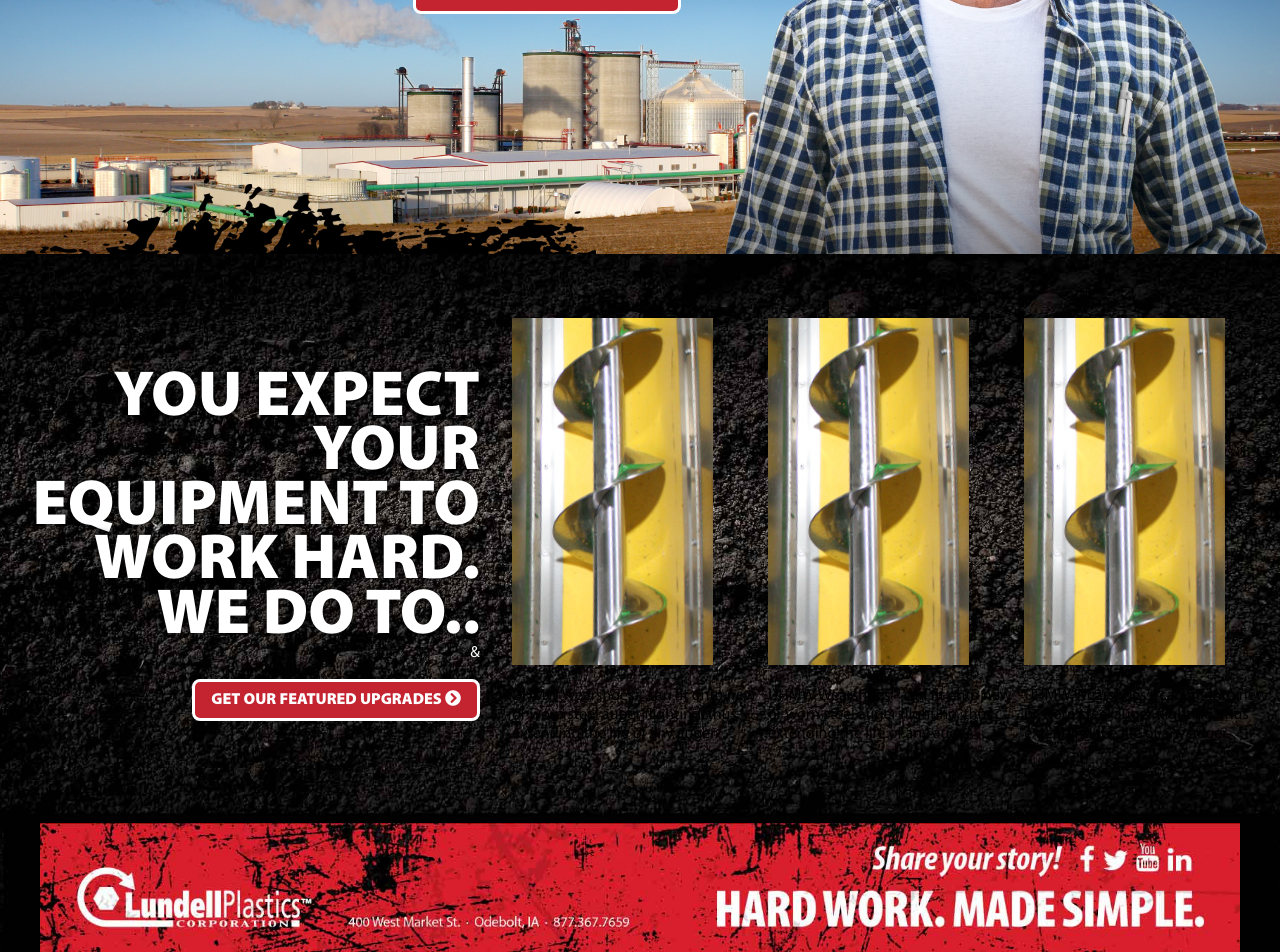
Repository: duc-bsc/lpc-hardwork-campagin-main
Page: html/index.html
These files come from the project's save history. The page is drawn as it stood at one moment and after the next save; the edit follows.
The browser window is 1280 px wide. The pictures show the part of the page from y = 1904 to 2856 px (the page is 2856 px tall before and 2837 px after).
A picture or video elsewhere on the page could not be fetched, so the positions and the page height are approximate. Some web libraries are served in a nearby version.

Above is the page before, as saved 2022-02-27 09:38:06.

### html/index.html
<!DOCTYPE html>
<html lang="en">

<head>
  <meta charset="UTF-8" />
  <meta http-equiv="X-UA-Compatible" content="IE=edge" />
  <meta name="viewport" content="width=device-width, initial-scale=1.0" />
  <title>Hardwork</title>
  <link rel="stylesheet" href="assets/style.css" />
  <link rel="stylesheet" href="https://pro.fontawesome.com/releases/v5.10.0/css/all.css"
    integrity="sha384-AYmEC3Yw5cVb3ZcuHtOA93w35dYTsvhLPVnYs9eStHfGJvOvKxVfELGroGkvsg+p" crossorigin="anonymous" />
</head>

<body style="min-width: 350px">
  <!--  -->
  <section>
    <img width="100%" height="auto" class="d-block h-auto w-100" alt="" loading="lazy" src="images/top.jpg" />
  </section>

  <!--  -->
  <section class="position-relative mt-neg11vw">
    <img width="100%" height="auto" class="d-block h-auto w-100 position-sm-absolute fullsize-sm" alt="" loading="lazy"
      src="images/plantstrong-bg.png" />
    <div class="w-50vw position-absolute bottom-0 right-0 mt-neg8vw d-sm-none">
      <img width="100%" height="auto" class="d-block h-auto w-100" alt="" loading="lazy"
        src="images/plantstrong-man.png" />
    </div>
    <section class="
          inset-0
          position-md-absolute position-sm-relative
          gradient-background
        " id="plantstrong-text">
      <article class="container">
        <!-- <h2></h2><span class="h2">.</span> -->
        <p class="mb-0">
          <strong>Plant&nbsp;<br />Strong</strong>&nbsp;
        </p>
        <p class="mb-05 drop-shadow">
          For more than 35 years we’ve been manufacturing products that keep
          you and your equipment working e ciently season after season. From
          our gentle Poly Cupped FlightingTM to our FreeFloTM seed tender
          products, our simple made equipment upgrades will be sure to give
          this planting season a boost.
        </p>
        <span></span>
        <p class="m-0">
          <a class="button" href="">INCREASE PLANTING EFFICIENCY
            <i class="fas fa-chevron-circle-right"></i></a>
        </p>
      </article>
    </section>
  </section>

  <!--  -->
  <section class="position-relative mt-neg11vw">
    <img width="100%" height="auto" class="d-block h-auto w-100 position-sm-absolute" alt="" loading="lazy"
      src="images/harvestsmart-bg.png" />

    <div class="w-50vw position-absolute bottom-0 mt-neg8vw d-sm-none" id="harvestsmart-man">
      <img width="100%" height="auto" class="d-block h-auto w-100 d-sm-none" alt="" loading="lazy"
        src="images/harvestsmart-man.png" style="max-width: 35vw" />
    </div>

    <section class="
          inset-0
          position-md-absolute position-sm-relative
          gradient-background
        " id="harvestsmart-text">
      <article class="container">
        <!-- <h2></h2><span class="h2">.</span> -->
        <p class="mb-0">
          <strong>Harvest&nbsp;<br />Smart</strong>&nbsp;
        </p>
        <p class="mb-05 drop-shadow">
          Here at Lundell Plastics we manufacture a vast array of products to
          help shield your equipment from corrosion, wear, and potential loss
          of grain. Weather you need to replace worn out parts or prevent
          future maintenance, our simple made equipment upgrades will take
          your harvest to the next level.
        </p>
        <span></span>
        <p class="m-0">
          <a class="button" href="">Elevate your harvest <i class="fas fa-chevron-circle-right"></i></a>
        </p>
      </article>
    </section>
  </section>

  <!--  -->
  <section class="position-relative mt-neg11vw" style="z-index: 5">
    <img width="100%" height="auto" class="d-block h-auto w-100 position-sm-absolute" alt="" loading="lazy"
      src="images/standardsredefined-bg.png" />

    <div class="w-50vw position-absolute bottom-0 right-0 mt-neg8vw d-sm-none">
      <img width="100%" height="auto" class="d-block h-auto w-100 d-sm-none" alt="" loading="lazy"
        src="images/standardsredefined-man.png" />
    </div>

    <section class="inset-0 position-md-absolute position-sm-relative" id="standards-redefined">
      <article class="container">
        <!-- <h2></h2><span class="h2">.</span> -->
        <p class="mb-0">
          <strong>STANDARDS&nbsp;<br />REDEFINED</strong>&nbsp;
        </p>
        <p class="mb-05 drop-shadow">
          keep the whole operation moving smoothly with Lundell. We make
          products to handle anything you throw their way. From our heavy-
          duty drag paddles and flighting to our ExoPlateTM Liners we're
          changing industry expectations.
        </p>
        <span></span>
        <p class="m-0">
          <a class="button" href="">Redefine your standards
            <i class="fas fa-chevron-circle-right"></i>
          </a>
        </p>
      </article>
    </section>
  </section>
  <!--  -->
  <section class="position-relative footer">
    <div class="row">
      <!-- text -->
      <div class="col-left">
        <article class="container">
          <p class="mb-0">
            <strong>YOU EXPECT YOUR<br />EQUIPMENT TO<br/>WORK HARD.<br/>WE DO TO.</strong>&
          </p>
          <span></span>
          <p class="m-0">
            <a class="button" href="">GET OUR FEATURED UPGRADES
              <i class="fas fa-chevron-circle-right"></i>
            </a>
          </p>
        </article>

      </div>
      <!-- products -->
      <div class="col-right">
        <div class="row-products">
          <div class="col">
              <img src="./images/product-1.jpg" alt="">
              <p>UHMW Wearshoes™ can fit
                onto new or worn steel auger
                flighting, thus extending the
                life of any auger.</p>
          </div>
          <div class="col">
              <img src="./images/product-1.jpg" alt="">
              <p>UHMW Wearshoes™ can fit
                onto new or worn steel auger
                flighting, thus extending the
                life of any auger.</p>
          </div>
          <div class="col">
              <img src="./images/product-1.jpg" alt="">
              <p>UHMW Wearshoes™ can fit
                onto new or worn steel auger
                flighting, thus extending the
                life of any auger.</p>
          </div>
        </div>
      </div>
    </div>

    <img width="100%" height="auto" class="d-block h-auto w-100 " alt="" loading="lazy"
      src="images/footer-banner.jpg" />
  </section>
</body>

</html>

### html/assets/style.css
/* @font-face {
    font-family: MyriadPro-Black;
    src: url("fonts/MyriadPro-Black.otf") format("opentype");
} */
html {
  background: #000;
}
@font-face {
  font-family: MyriadPro;
  src: url("fonts/MyriadPro-Regular.otf") format("opentype");
}

@font-face {
  font-family: MyriadPro;
  font-weight: bold;
  src: url("fonts/MyriadPro-Black.otf") format("opentype");
}

* {
  font-family: MyriadPro;
}

article p {
  color: white;
  text-shadow: 0 0 8px black;
}

article p:nth-child(2) {
  /* max-width: 30vw; */
}

.mb-05 {
  margin-bottom: 8px;
}

.mb-0 {
  margin-bottom: 0;
}

.gradient-background {
  background: linear-gradient(0deg, black, transparent 37%);
}

article h2,
article .h2 {
  text-transform: uppercase;
  color: white;
  font-weight: bold;
  text-shadow: 0 0 8px black;
  line-height: 0.85em;
  text-align: right;
  margin: 0;
}

body {
  margin: 0;
}

.mt-neg8vw {
  margin-top: -8vw;
}

.mt-neg11vw {
  margin-top: -11vw;
}

.w-50vw {
  width: 45vw;
}

.bottom-0 {
  bottom: 0;
}

.right-0 {
  right: 0;
}

.m-0 {
  margin: 0;
}

.inset-0 {
  inset: 0;
}

.container {
  max-width: 1200px;
  margin: auto;
}

.position-relative {
  position: relative;
}

.position-absolute {
  position: absolute;
}

article p strong {
  text-shadow: 0 0 8px black;
  line-height: 0.85em;
  text-align: right;
  text-transform: uppercase;
  display: inline-block;
  font-size: 4em;
}

article p strong::after {
  content: ".";
}

.d-block {
  display: block;
}

.w-100 {
  width: 100%;
}

.h-auto {
  height: auto;
}
article {
  padding: 8vw 1rem;
  grid-gap: 1rem;
}

#plantstrong-text {
  padding-right: 37vw;
  padding-left: 25vw;
}

@media screen and (max-width: 1600px) {
  #plantstrong-text {
    padding-right: 37vw;
    padding-left: 2vw;
  }
}
@media screen and (max-width: 1100px) {
  .article.container {
    padding: 5vw 1rem;
  }
}

@media screen and (max-width: 599.98px) {
}
#standards-redefined {
  padding-right: 25vw;
}

#harvestsmart-man {
  left: 3vw;
  max-width: 40vw;
}

#harvestsmart-text {
  padding-left: 30vw;
  padding-top: 8vw;
}

section.position-relative > img {
  width: 100%;
  height: 100%;
  object-fit: cover;
}

article a {
  font-weight: bold;
  background: #c42330;
  padding: 0.5rem 1rem;
  border: solid;
  color: white;
  text-decoration: none;
  border-radius: 8px;
  display: inline-block;
  text-transform: uppercase;
  text-shadow: none;
}
article {
  display: grid;
  align-items: flex-end;
  justify-content: center;
  grid-template-columns: auto auto;
}

.drop-shadow {
  filter: drop-shadow(2px 4px 6px black);
}

@media screen and (max-width: 999.98px) {
  article.container {
    display: flex;
    flex-wrap: wrap;
    flex-direction: column;
    align-items: flex-start;
    grid-gap: 0px;
  }

  section.position-relative {
    /* min-height: 80vw !important; */
  }

  section.position-relative > img {
    /* min-height: 80vw !important; */
  }

  article p strong {
    text-align: left;
    font-size: 3rem;
  }
  /* article p:nth-child(2) {
    max-width: 60vw;
  } */
  article p:last-child {
    margin-bottom: 10vw;
  }

  article p strong br {
  }
  #standards-redefined {
    padding-top: 10vw;
  }
}
@media screen and (max-width: 599.98px) {
  #harvestsmart-text {
    padding-left: 0;
    padding-top: 0;
  }

  #harvestsmart-man {
    left: auto;
    right: 0;
  }
  .d-sm-none {
    display: none !important;
  }
  .article p:nth-child(2) {
    width: 90vw !important;
  }
  #plantstrong-text {
    padding: 0;
  }

  #standards-redefined {
    padding-right: 0;
  }
}

/*

@media screen and (max-width: 1199.98px) {
    article p strong {
        font-size: 2em;
    }
    .fullsize-sm {
        inset: 0;
        width: 100%;
        height: 100%;
        object-fit: cover;
    }
    article {
        padding: 16vw 1rem;
    }


    .position-sm-relative {
        position: relative;
    }

    .position-sm-absolute {
        position: absolute;
    }
} */

@media screen and (min-width: 1000px) {
  .position-md-relative {
    position: relative;
  }

  .position-md-absolute {
    position: absolute;
  }
}

@media screen and (max-width: 999.98px) {
  .position-sm-relative {
    position: relative;
  }

  .position-sm-absolute {
    position: absolute;
  }
}
/*

} */
/*== == == == ==>footer<== == == == == */
.footer{
  background-image: url('../images/footer-bg.jpg');
  background-repeat: no-repeat;
  background-size: cover;
  background-position: center;
}
.footer img{
  max-width:1200px;
  margin: 0 auto;
}
.footer .row{
  display: flex;
  align-items: center;
  justify-content: center;
}
/*== == == == ==>col left<== == == == == */
.footer .row >.col-left{
  width: 40%;
}
.footer .col-left .container {
  text-align:end;
}
/*== == == == ==>col right<== == == == == */
.footer .row >.col-right{
  width: 60%;
}

.footer .row-products{
  display: flex;
  align-items: center;
  justify-content: center;
}

After the next save:
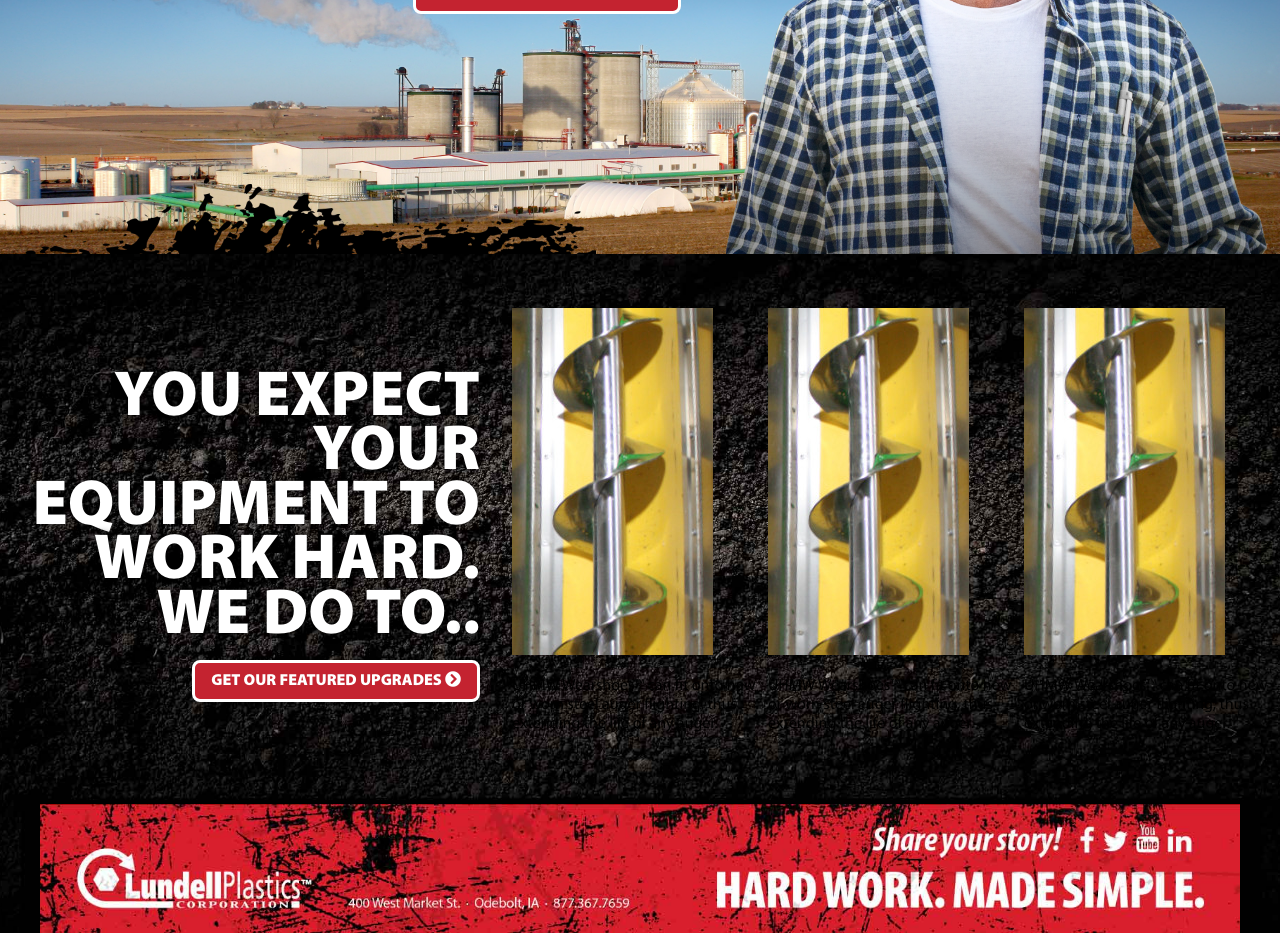
Saved 27 s later.
--- a/html/index.html
+++ b/html/index.html
@@ -124,7 +124,7 @@
       <div class="col-left">
         <article class="container">
           <p class="mb-0">
-            <strong>YOU EXPECT YOUR<br />EQUIPMENT TO<br/>WORK HARD.<br/>WE DO TO.</strong>&
+            <strong>YOU EXPECT YOUR<br />EQUIPMENT TO<br/>WORK HARD.<br/>WE DO TO.</strong>
           </p>
           <span></span>
           <p class="m-0">
